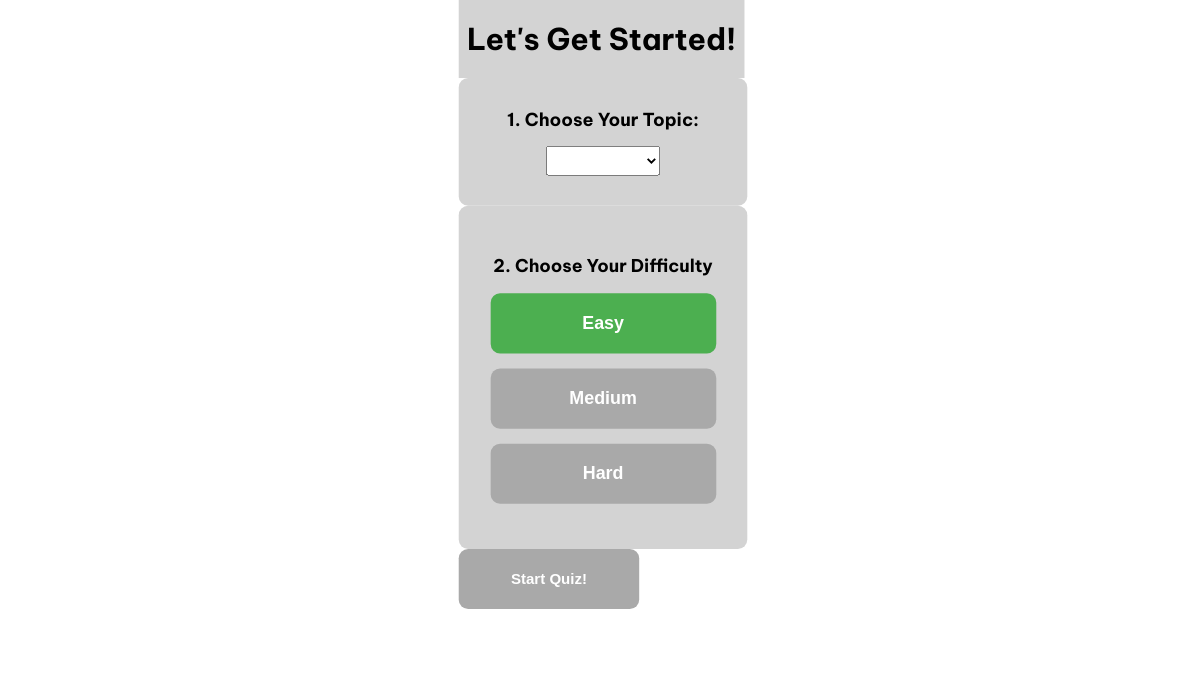
Repository: SaraShio/trivia_game
Page: index.html
These files come from the project's save history. The page is drawn as it stood at one moment and after a run of saves; the edit follows.
The browser window is 1280 px wide. The pictures show the whole page, at 94% of full size.
The page's requests for data from a server got no answer.

Above is the page before, as saved 2023-05-02 15:08:16.

After the next 3 saves:
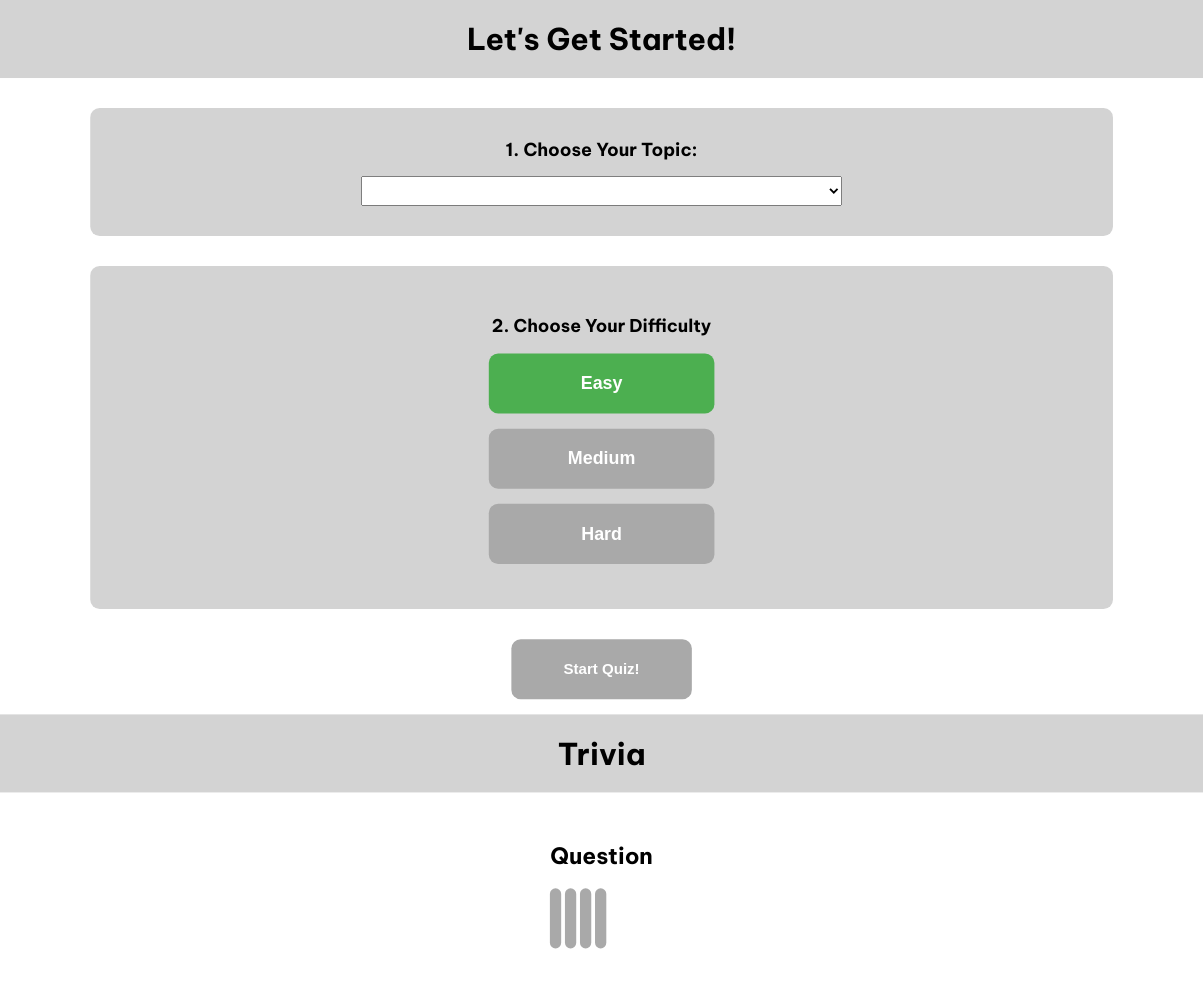
The 3 saves are shown as one change because they came seconds apart.
The last was saved 9 s later.
--- a/index.html
+++ b/index.html
@@ -10,26 +10,24 @@
 
 <body>
     <div class="container">
-        <div id="intro">
-            <div class="header">
-                <h1>Let's Get Started!</h1>
-            </div>
-            <div class="topic">
-                <label for="categories">1. Choose Your Topic:</label>
-                <select name="categories" id="getCategories">
-                </select>
-            </div>
-            <div class="difficulty">
-                <h3>2. Choose Your Difficulty</h3>
-                <button class="level active">Easy</button>
-                <button class="level">Medium</button>
-                <button class="level">Hard</button>
-            </div>
-            <button class="start">Start Quiz!</button>
+        <div class="header">
+            <h1>Let's Get Started!</h1>
         </div>
+        <div class="topic">
+            <label for="categories">1. Choose Your Topic:</label>
+            <select name="categories" id="getCategories">
+            </select>
+        </div>
+        <div class="difficulty">
+            <h3>2. Choose Your Difficulty</h3>
+            <button class="level active">Easy</button>
+            <button class="level">Medium</button>
+            <button class="level">Hard</button>
+        </div>
+        <button class="start">Start Quiz!</button>
     </div>
 
-    <div class="hidden" id="quiz">
+    <div class="container" id="quiz">
         <div class="header">
             <h1>Trivia</h1>
         </div>
